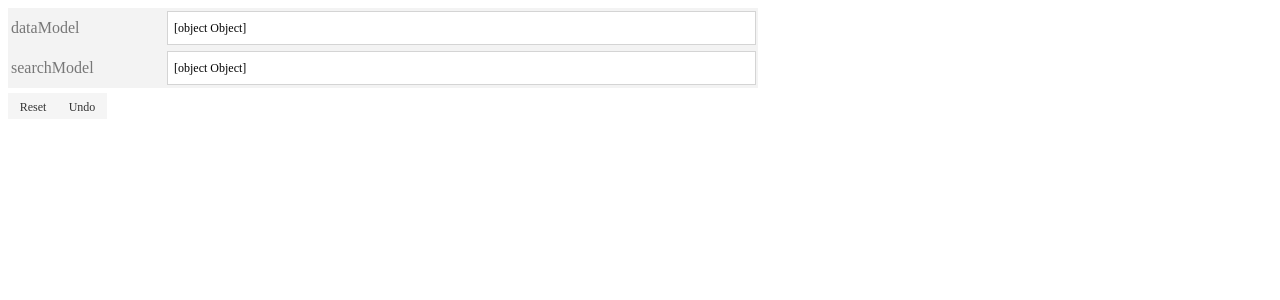
Repository: moonyohan1/react-recoil-ts
Page: / (app in 3.Input/)
The author's editor kept a copy of each file at every save. The page is drawn from the files as they stood at one save, then again after the next save.
The browser window is 1280 px wide. The pictures show the whole page.
The project was rebuilt for these pictures with package versions that can differ from the ones it lists, and the page was loaded fresh each time.

Above is the page before, as saved 2022-09-05 13:14:03.

### 3.Input/src/index.tsx
import React from 'react';
import ReactDOM from 'react-dom/client';
import App from './App';


const rootElement = document.getElementById('root');
if (!rootElement) throw new Error('Failed to find the root element');
const root = ReactDOM.createRoot(rootElement);

root.render(
  <React.StrictMode>
    <App />
  </React.StrictMode>
);

### 3.Input/src/App.tsx
import React from "react";
import {
	RecoilRoot,
	atom,
	selector,
	useRecoilState,
	useRecoilValue,
} from "recoil";

import { Form } from "Form/Form";
import {Reset} from 'Item/Reest';
import {Undo} from 'Item/Undo';
import './css/index.css'

function App() {
	return (
	  <div className="App">
		<RecoilRoot>
		  	<Form></Form>
			<Reset></Reset>
			<Undo></Undo>
		</RecoilRoot>
	  </div>
	);
}

export default App;

### 3.Input/src/Form/Form.tsx
import { Field } from "Field/Field";
import { DataModel, viewModelByDataType } from './state';
import { useRecoilValue, useSetRecoilState, useRecoilState } from 'recoil';

export const Form = ({}: any) => {
	const dataModel = useRecoilValue(DataModel);

	return (
		<ul
			style={{ maxWidth: "750px" }}
			className={"wrapper-form wrapper-form-state-1"}
			data-render-type={"list"}
		>
			{Object.entries(dataModel).map((item) => {
				return <Field key={item[0]} pid={item[0]}></Field>;
			})}
		</ul>
	);
};

### 3.Input/src/Item/Reest.tsx

import { useResetRecoilState } from 'recoil';
import { DataModel } from 'Form/state';


export const Reset = () => {
	const resetValue = useResetRecoilState(DataModel);

	return (
		<div className="control-set">
			<div className="control">
				<button id="new" className="btn btn-default" onClick={resetValue}>Reset</button>
			</div>
		</div>
	);
  };

### 3.Input/src/Item/Undo.tsx

import { useResetRecoilState } from 'recoil';
import { history } from 'Form/state';


export const Undo = () => {
	const UndoValue = ()=>{
		history.pop()?.undo();
	}

	return (
		<div className="control-set">
			<div className="control">
				<button id="new" className="btn btn-default" onClick={UndoValue}>Undo</button>
			</div>
		</div>
	);
  };

### 3.Input/src/css/index.css
.wrapper-form {
  list-style: none;
  padding: 0;
  margin: 0;
  background-color: #f3f3f3;
  margin-bottom: 5px;
  max-width: none;
}
.wrapper-form, .wrapper-form > li {
  display: -ms-flexbox;
  display: flex;
  -ms-flex-wrap: wrap;
  flex-wrap: wrap;
  -ms-flex-align: center;
  align-items: center;
  position: relative;
}

.wrapper-form-state-1.wrapper-form > li {
    width: 100%;
}
.wrapper-form > li {
    min-height: 31px;
}

.wrapper-form > li > .title {
  color: #777777;
}
.wrapper-form > li > .title, .wrapper-form > li > .form {
  padding: 3px;
}

.wrapper-form > li > .form {
  -ms-flex: 1;
  flex: 1;
  position: relative;
  min-width: 130px;
}

.wrapper-form > li > .title, .wrapper-form > li > .form {
  padding: 3px;
}

.wrapper-form > li > .form .control-set {
  float: none;
  width: 100%;
  margin-right: 0;
}

.control-set {
  float: left;
  display: -ms-flexbox;
  display: flex;
  -ms-flex-wrap: wrap;
  flex-wrap: wrap;
  -ms-flex-align: center;
  align-items: center;
  position: relative;
  word-wrap: break-word;
  word-break: break-word;
}

.control-set .control {
  display: -ms-flexbox;
  display: flex;
  -ms-flex-wrap: wrap;
  flex-wrap: wrap;
  -ms-flex: 1;
  flex: 1;
  -ms-flex-align: center;
  align-items: center;
  position: relative;
  word-wrap: break-word;
  word-break: break-word;
}

.control-set .control > .form-control, .control-set .control > .tags-input, .control-set .control > .well, .control-set .control > .wrapper-attach-file {
  -ms-flex: 1;
  flex: 1;
}

.control-set .control > * {
  margin-right: -1px;
  z-index: 1;
}

.form-control {
  display: block;
  width: 100%;
  height: 26px;
  padding: 3px 6px;
  font-size: 12px;
  line-height: 1.42857143;
  color: #000;
  background-color: #fff;
  border: 1px solid #d4d4d4;
  transition: border-color ease-in-out 0.15s, box-shadow ease-in-out 0.15s;
  outline: 0;
  border-radius: 0;
  -webkit-appearance: none;
}

input, button, select, textarea {
  font-family: inherit;
  font-size: inherit;
  line-height: inherit;
}

.control-set .control .btn {
  /* min-width: 0; */
  max-width: none;
  align-self: stretch;
}

.btn-default, .btn-default.disabled, .btn-default[disabled], .btn-default.disabled:hover, .btn-default[disabled]:hover, .btn-default.disabled:focus, .btn-default[disabled]:focus, .btn-default.disabled.focus, .btn-default[disabled].focus, .btn-default.disabled.active, .btn-default[disabled].active {
  background-color: #f5f5f5;
  border-color: #d4d4d4;
  color: #333;
  text-shadow: 0 1px 0 rgba(255, 255, 255, 0.5);
}

.btn {
  display: inline-block;
  position: relative;
  margin-bottom: 0;
  font-weight: normal;
  text-align: center;
  vertical-align: middle;
  -ms-touch-action: manipulation;
  touch-action: manipulation;
  cursor: pointer;
  background-image: none;
  border: 1px solid transparent;
  white-space: nowrap;
  word-wrap: normal;
  padding: 5px 6px 2px;
  font-size: 12px;
  line-height: 1.42857143;
  user-select: none;
  min-width: 50px;
  transition: all 0.1s ease;
  box-shadow: inset 0 0 0 rgba(255, 255, 255, 0);
}

### 3.Input/src/Field/Field.tsx
import { Title } from "Item/Title";
import { ItemPresenter } from "Item/Input";
import React from "react";

export const Field = ({ pid }) => {
	return (
		<li>
			<Title pid={pid}></Title>
			<ItemPresenter pid={pid}></ItemPresenter>
		</li>
	);
};

### 3.Input/src/Form/state.ts
import { atom, selector, atomFamily, selectorFamily } from "recoil";
import dataModel from "../metadata/dataModel.json";


export const history: Array<{
	undo: () => void,
  }> = [];


export const DataModel = atom({
	key: "dataModel",
	default: dataModel,
	effects: [
		({setSelf, onSet}) => {
			onSet((newValue, oldValue) => {
				history.push({
					undo: () => {
						setSelf(oldValue);
					},
				});

				console.log("==oldValue", oldValue);
				console.log("==newValue", newValue);
			});

			return ()=>{
				//cleanup handler
			}
		},
	  ],
});

const viewModel = {
	code: { code: "", name: "" },
	input: "",
};
export const viewModelByDataType = atomFamily<any, string>({
	key: "viewModelByDataType",
	effects: (dataType) => [
		({ setSelf }) => {
			setSelf(viewModel[dataType]);
		},
	],
});

### 3.Input/src/Item/Title.tsx

export const Title = ({pid}) => {
	return (
		<div className="title" style={{"width": "150px"}}>{pid}</div>
	);
  };

### 3.Input/src/Item/Input.tsx

import { useCallback } from 'react';
import { useRecoilSnapshot, useRecoilState, useRecoilValue } from 'recoil';
import { controlState, controlSelectorState } from './state';


export const Input = ({value, onChange}) => {
	return (
		<div className="form">
			<div className="control-set">
				<div className="control">
					<input className="form-control " placeholder={value} value= {value} onChange={onChange}></input>
				</div>
			</div>
		</div>
	);
  };

  export const ItemPresenter = ({pid}) =>{
	const [value, setValue] = useRecoilState(controlState(pid));

	// const controlSelector = useRecoilValue(controlSelectorState);
	// const [value, setValue] = useRecoilState(controlSelector(pid));

	const onChange = useCallback((e)=>{
		setValue(e.target.value);
	}, [setValue])

	return <Input onChange={onChange} value = {value}></Input>
  }

### 3.Input/src/metadata/dataModel.json
{
	"dataModel": {
		"cust": "111",
		"cc": "222",
		"txt": "333"
	},
	"searchModel": {
		"cust": "search_cust",
		"cc": "search_cc",
		"txt": "search_txt"
	}
}

### 3.Input/src/Item/state.ts
import { atom, selector, atomFamily, selectorFamily } from "recoil";
import { DataModel } from "Form/state";

export const controlState = selectorFamily<any, string>({
	key: "controlSelector",
	get:
		(pid) =>
		({ get }) => {
			return get(DataModel)[pid];
		},
	set:
		(pid) =>
		({ set }, newValue) => {
			set(DataModel, (prevState) => {
				return { ...prevState, [pid]: newValue };
			});
		},
});



export const controlSelectorState  = atom({
	key:"controlSelectorState",
	default:controlState
})

Loaded but not shown: 3.Input/public/index.html (common file)

After the next save:
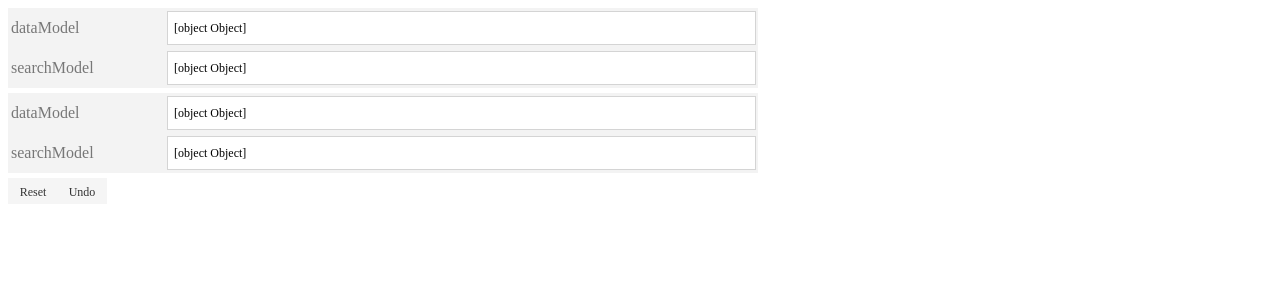
Saved 74 s later.
--- a/3.Input/src/App.tsx
+++ b/3.Input/src/App.tsx
@@ -16,7 +16,8 @@ function App() {
 	return (
 	  <div className="App">
 		<RecoilRoot>
-		  	<Form></Form>
+			<Form modelKey={'searchModel'}></Form>
+		  	<Form modelKey={'dataModel'}></Form>
 			<Reset></Reset>
 			<Undo></Undo>
 		</RecoilRoot>
